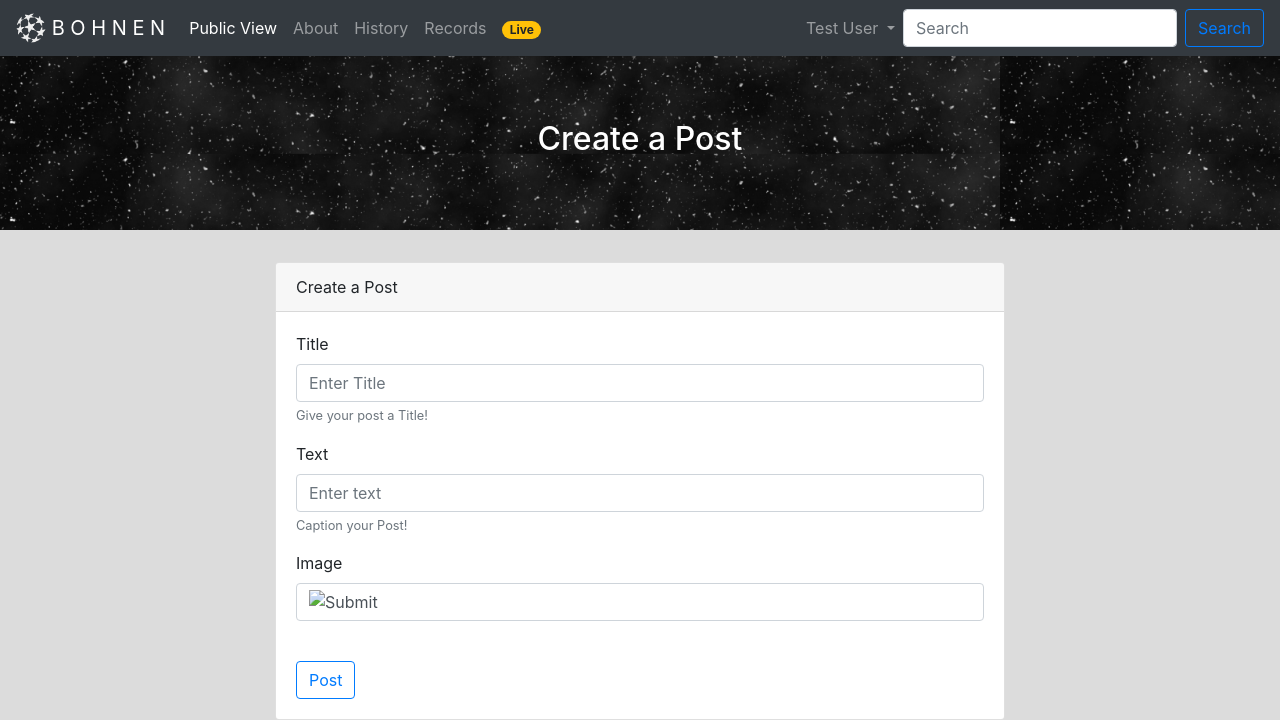
Repository: davidbohnen/BOHNEN
Page: http://localhost/post/create
These files come from the project's save history. The page is drawn as it stood at one moment and after the next save; the edit follows.
The browser window is 1280 px wide. The pictures show the whole page.
Some web libraries are served in a nearby version. The page is served by the project's Laravel application, run on PHP 8.4 with Laravel 8. A made-up administrator, Test User (test@example.com), is signed in. Other server files are loaded and not shown.

Above is the page before, as saved 2020-05-12 13:34:18.

### routes/web.php
<?php

use Illuminate\Support\Facades\Route;

/*
|--------------------------------------------------------------------------
| Web Routes
|--------------------------------------------------------------------------
|
| Here is where you can register web routes for your application. These
| routes are loaded by the RouteServiceProvider within a group which
| contains the "web" middleware group. Now create something great!
|
*/

Route::get('/', function () {
    return view('welcome');
});

Auth::routes();

Route::get('/home', 'HomeController@index')->name('home');

Route::get('/post/create', 'PostController@create');
Route::post('/post', 'PostController@store');
Route::get('/warn', 'IndexController@warn');
Route::get('/post/{post}', 'PostController@show');

Route::get('/public', 'IndexController@public');

Route::get('/news', 'IndexController@news');
Route::get('/nope', 'IndexController@nope');


Route::get('/about', 'IndexController@about');
Route::get('/more', 'IndexController@more');
Route::get('/history', 'IndexController@history');
Route::get('/record', 'IndexController@record');
Route::get('/contact', 'IndexController@contact');
Route::get('/live', 'IndexController@live');

### app/User.php
<?php

namespace App;

use Illuminate\Contracts\Auth\MustVerifyEmail;
use Illuminate\Foundation\Auth\User as Authenticatable;
use Illuminate\Notifications\Notifiable;

class User extends Authenticatable
{
    use Notifiable;

    /**
     * The attributes that are mass assignable.
     *
     * @var array
     */
    protected $fillable = [
        'name', 'email', 'password',
    ];

    /**
     * The attributes that should be hidden for arrays.
     *
     * @var array
     */
    protected $hidden = [
        'password', 'remember_token',
    ];

    /**
     * The attributes that should be cast to native types.
     *
     * @var array
     */
    protected $casts = [
        'email_verified_at' => 'datetime',
    ];


    public function post(){
        return $this->hasMany(Post::class);
    }

}

### app/Http/Controllers/PostController.php
<?php

namespace App\Http\Controllers;

use App\Post as Post;
use Illuminate\Http\Request;



class PostController extends Controller
{
    public function __construct()
    {
        $this->middleware('auth');
    }

    public function index(){
        //
    }

    public function create()
    {
        if(auth()->user()->id == 1){
        return view('post.create');
        }else{
            return redirect('/warn');
        }
    }

    public function store()
    {

        $data = request()->validate([
            'title' => 'required',
            'text' => 'required',
            // 'file' => '',

        ]);

        //$data['user_id']= auth()->user()->id;

        //$post = \App\Post::create($data);


        $post = auth()->user()-> post() ->create($data);

        return redirect('/post/'.$post->id);

    }

    public function show(\App\Post $post)
    {
        $post = Post::orderby('id','desc')->first();
        return view('post.show')->with('post',$post);
    }




}

### resources/views/post/create.blade.php
@extends('layouts.app')
@section('jumbotext', ' Create a Post')
@section('images')


@section('content')


<script type="text/javascript" src="https://cdnjs.cloudflare.com/ajax/libs/mdbootstrap/4.7.6/js/mdb.min.js"></script>

<body style="background-color: gainsboro">


<div class="container">
    <div class="row justify-content-center">
        <div class="col-md-8">
            <div class="card">
                <div class="card-header">Create a Post</div>




                <div class="card-body">
                    <form action = "/post" method="post" enctype="multipart/data">
                        @csrf

                        <div class="form-group">
                        <label for="title">Title</label>
                        <input name = "title" type="text" class="form-control" id="title" aria-describedby="titleHelp" placeholder="Enter Title">
                        <small id="titleHelp" class="form-text text-muted">Give your post a Title!</small>

                            @error('title')
                                <small class = "text-danger">{{$message}}</small>
                            @enderror
                        </div>




                        <div class="form-group">
                        <label for="text">Text</label>
                        <input name = "text" type="text" class="form-control" id="text" aria-describedby="textHelp" placeholder="Enter text">
                        <small id="textHelp" class="form-text text-muted">Caption your Post!</small>

                        @error('text')
                                <small class = "text-danger">{{$message}}</small>
                            @enderror

                        </div>


                        <div class="form-group">
                        <label for="image">Image</label>
                        <input name = "image" type="image" class="form-control" id="image" aria-describedby="imageHelp" placeholder="Add Image">
                        <small id="imageHelp" class="form-text text-muted"></small>
                        </div>











                        <br>
                        <button type="submit" class="btn btn-outline-primary my-2 my-sm-0">Post</button>
                    </form>

                </div>

            </div>
        </div>
    </div>
</div>
</body>
@endsection





 <!-- <div class="card mb-3" style = "margin-top:10px; margin-bottom:10px;">
//               <img class="card-img-top" src="images/liver.jpg" alt="Card image cap">
//               <div class="card-body">
//                 <h5 class="card-title">LIVERPOOL OUT!</h5>
//                 <p class="card-text">This is a wider card with supporting text below as a natural lead-in to additional content. This content is a little bit longer.</p>
//                 <p class="card-text"><small class="text-muted">3 mins ago</small></p>
//                 <a href="#" class="btn btn-link" style="text-decoration: none;">Read</a>
//               </div>
//             </div>

//             <div class="card mb-3" style = "margin-top:10px; margin-bottom:10px;">

//               <div class="embed-responsive embed-responsive-16by9">
//                 <iframe width="560" height="315" src="https://www.youtube.com/embed/oqiKmC0qhZw?start=14" frameborder="0"
//                 allow="accelerometer; autoplay; encrypted-media; gyroscope; picture-in-picture" allowfullscreen></iframe>
//               </div>

//                 <div class="card-body">
//                   <h5 class="card-title">GOAL!</h5>
//                   <p class="card-text">This is a wider card with supporting text below as a natural lead-in to additional content. This content is a little bit longer.</p>
//                   <p class="card-text"><small class="text-muted">3 mins ago</small></p>
//                   <a href="#" class="btn btn-link" style="text-decoration: none;">Watch</a>
//                 </div>
//               </div> -->

### resources/views/layouts/app.blade.php
<!doctype html>
<html lang="en">
  <head>
    <!-- Required meta tags -->
    <meta charset="utf-8">
    <meta name="viewport" content="width=device-width, initial-scale=1, shrink-to-fit=no">

    <!-- Bootstrap CSS -->
    <link rel="stylesheet" href="https://maxcdn.bootstrapcdn.com/bootstrap/4.0.0/css/bootstrap.min.css" integrity="sha384-Gn5384xqQ1aoWXA+058RXPxPg6fy4IWvTNh0E263XmFcJlSAwiGgFAW/dAiS6JXm" crossorigin="anonymous">

    <title>@yield('title') </title>
  </head>
  <body style = "background-color: gainsboro;">

    <nav class="navbar navbar-expand-lg navbar-dark bg-dark" >
      <a class="navbar-brand" href="/"><img src="/images/uclball.png" width="30" height="30" class="d-inline-block align-top" alt="">
        B O H N E N</a>
      <button class="navbar-toggler" type="button" data-toggle="collapse" data-target="#navbarSupportedContent" aria-controls="navbarSupportedContent" aria-expanded="false" aria-label="Toggle navigation">
        <span class="navbar-toggler-icon"></span>
      </button>

      <div class="collapse navbar-collapse" id="navbarSupportedContent">
        <ul class="navbar-nav mr-auto">
          <li class="nav-item active">
            <a class="nav-link" href="/public">Public View <span class="sr-only">(current)</span></a>
          </li>
          <li class="nav-item">
            <a class="nav-link" href="/about">About</a>
          </li>

           <li class="nav-item">
            <a class="nav-link" href="/history">History</a>
          </li>
          <li class="nav-item">
            <a class="nav-link" href="/record">Records</a>
          </li>

          </li>

          <li class="nav-item">
            <a class="nav-link " href="/live"><span class="badge badge-pill badge-warning">Live</span></a>
          </li>



        </ul>

        <!-- Right Side Of Navbar -->
        <ul class="navbar-nav ml-auto">
                        <!-- Authentication Links -->
                        @guest
                            <li class="nav-item">
                                <a class="nav-link" href="{{ route('login') }}">{{ __('Login') }}</a>
                            </li>
                            @if (Route::has('register'))
                                <li class="nav-item">
                                    <a class="nav-link" href="{{ route('register') }}">{{ __('Register') }}</a>
                                </li>
                            @endif
                        @else
                            <li class="nav-item dropdown">
                                <a id="navbarDropdown" class="nav-link dropdown-toggle" href="#" role="button" data-toggle="dropdown" aria-haspopup="true" aria-expanded="false" v-pre>
                                    {{ Auth::user()->name }} <span class="caret"></span>
                                </a>

                                <div class="dropdown-menu dropdown-menu-right" aria-labelledby="navbarDropdown">

                                    <a class="dropdown-item" href="/home"><img src="/images/home.png" style="height: 25px; width:25px; margin:5px">Home

                                    </a>

                                    <a class="dropdown-item" href="/public"> <img src="/images/public.png" style="height: 25px; width:25px; margin:5px">Public View

                                    </a>



                                    <a class="dropdown-item" href="{{ route('logout') }}"
                                       onclick="event.preventDefault();
                                                     document.getElementById('logout-form').submit();"><img src="/images/logout.png" style="height: 20px; width:20px; margin-left:8px">
                                        {{ __('Logout') }}
                                    </a>

                                    <form id="logout-form" action="{{ route('logout') }}" method="POST" style="display: none;">
                                        @csrf
                                    </form>
                                </div>
                            </li>
                        @endguest
                    </ul>
        <form class="form-inline my-2 my-lg-0">
          <input class="form-control mr-sm-2" type="search" placeholder="Search" aria-label="Search">
          <button class="btn btn-outline-primary my-2 my-sm-0" type="submit">Search</button>
        </form>
      </div>
    </nav>

    <div class="jumbotron jumbotron-fluid" style= " background-image: url( /images/galaback.png ) ; background-size: 1000px;">
      <div class="container" style= "text-align: center; color: white;">
        <h2> @yield('jumbotext') </h2>

      </div>
    </div>
    @yield('content')

    <script src="https://code.jquery.com/jquery-3.2.1.slim.min.js" integrity="sha384-KJ3o2DKtIkvYIK3UENzmM7KCkRr/rE9/Qpg6aAZGJwFDMVNA/GpGFF93hXpG5KkN" crossorigin="anonymous"></script>
    <script src="https://cdnjs.cloudflare.com/ajax/libs/popper.js/1.12.9/umd/popper.min.js" integrity="sha384-ApNbgh9B+Y1QKtv3Rn7W3mgPxhU9K/ScQsAP7hUibX39j7fakFPskvXusvfa0b4Q" crossorigin="anonymous"></script>
    <script src="https://maxcdn.bootstrapcdn.com/bootstrap/4.0.0/js/bootstrap.min.js" integrity="sha384-JZR6Spejh4U02d8jOt6vLEHfe/JQGiRRSQQxSfFWpi1MquVdAyjUar5+76PVCmYl" crossorigin="anonymous"></script>
    </body>
</html>

Loaded but not shown: app/Http/Controllers/Auth/LoginController.php (common file); app/Http/Controllers/Controller.php (common file); app/Http/Controllers/Auth/ConfirmPasswordController.php (common file)

After the next save:
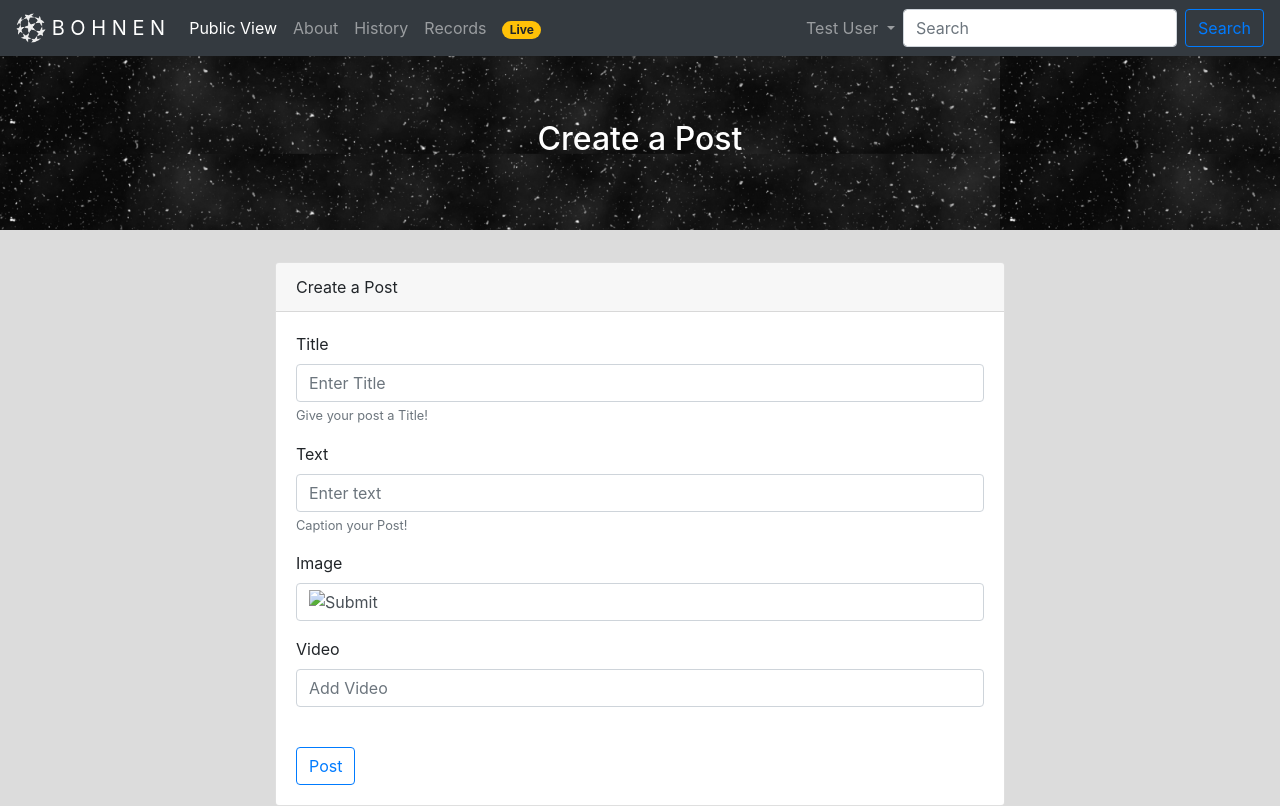
Saved 32 s later.
--- a/resources/views/post/create.blade.php
+++ b/resources/views/post/create.blade.php
@@ -55,6 +55,12 @@
                         <small id="imageHelp" class="form-text text-muted"></small>
                         </div>
 
+                        <div class="form-group">
+                        <label for="video">Video</label>
+                        <input name = "video" type="video" class="form-control" id="video" aria-describedby="videoHelp" placeholder="Add Video">
+                        <small id="videoHelp" class="form-text text-muted"></small>
+                        </div>
+
 
 
 
